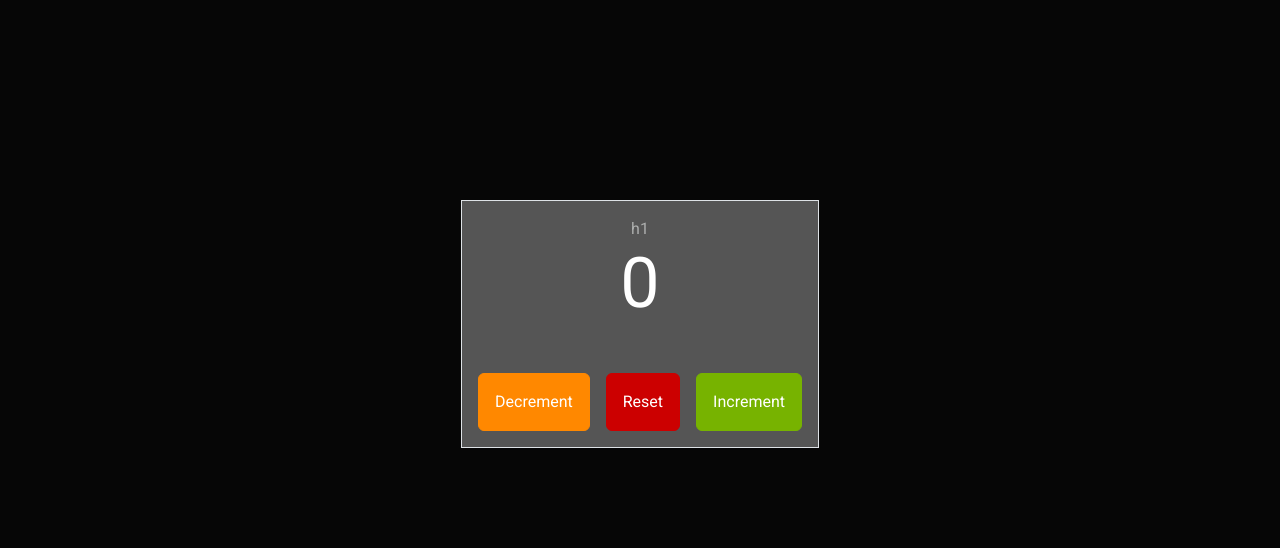
Repository: Afraz13/Emoboo
Page: /
An editor plug-in stored every save of this project. The page is shown before and after a run of saves, followed by the edit.
The browser window is 1280 px wide. The pictures show the whole page.
The project was rebuilt for these pictures with package versions that can differ from the ones it lists, and the page was loaded fresh each time.

Above is the page before, as saved 2024-08-15 16:05:33.

### src/index.js
import React from 'react';
import ReactDOM from 'react-dom/client';
import './index.css';
import App from './App';
import '../src/bootstrap.min (5).css'
import { Provider } from 'react-redux';
import { store } from './Redux/store';


const root = ReactDOM.createRoot(document.getElementById('root'));
root.render(
  <React.StrictMode>
    <Provider store={store}> <App /></Provider>
  </React.StrictMode>
);

### src/App.js

import './App.css';
import Counter from './compontent/Counter'

function App() {
  return (
    <div className="App">

      <Counter/>
    </div>
  );
}

export default App;

### src/Redux/store.js
import { configureStore } from "@reduxjs/toolkit";
import counterSlice from "./counterSlice";


export const store = configureStore({

    reducer:{

        counter:counterSlice
    }
})

### src/compontent/Counter.jsx
import React from 'react'
import { useDispatch, useSelector } from 'react-redux'
import { decrement, increment, reset } from '../Redux/counterSlice'

function Counter() {

    const dispatch = useDispatch()

    const count = useSelector((state)=>state.counter.value)
  return (
    <div style={{marginTop:'200px'}} className='d-flex justify-content-center align-items-center w-100  flex-column   '>
        <div className='border p-3 bg-secondary '>
            h1
        <h1 style={{fontSize:'70px'}}>{count}</h1>
        <div className='mt-5'>
            <button onClick={()=>dispatch(decrement())} className='btn btn-warning p-3'>Decrement</button>
            <button onClick={()=>dispatch(reset())} className='btn btn-danger p-3 ms-3'>Reset</button>
            <button onClick={()=>dispatch(increment())} className='btn btn-success p-3 ms-3'>Increment</button>

        </div>
        </div>

    </div>
  )
}

export default Counter

### src/Redux/counterSlice.js
import { createSlice } from "@reduxjs/toolkit";



 export const counterSlice = createSlice({
    name:'counterApp',
    initialState:{
        value:0
    },
    // actions are create inside the reducers key as object

    reducers:{
        increment:(state)=>{

            state.value +=1
        },
        decrement:(state)=>{
            state.value -=1
        },
        reset:(state)=>{
            state.value =0
        }
    }
 })
 export const {increment,decrement,reset} = counterSlice.actions

 export default counterSlice.reducer

Loaded but not shown: public/index.html (common file); src/index.css (common file); src/bootstrap.min (5).css (library); src/App.css (common file)

After the next 2 saves:
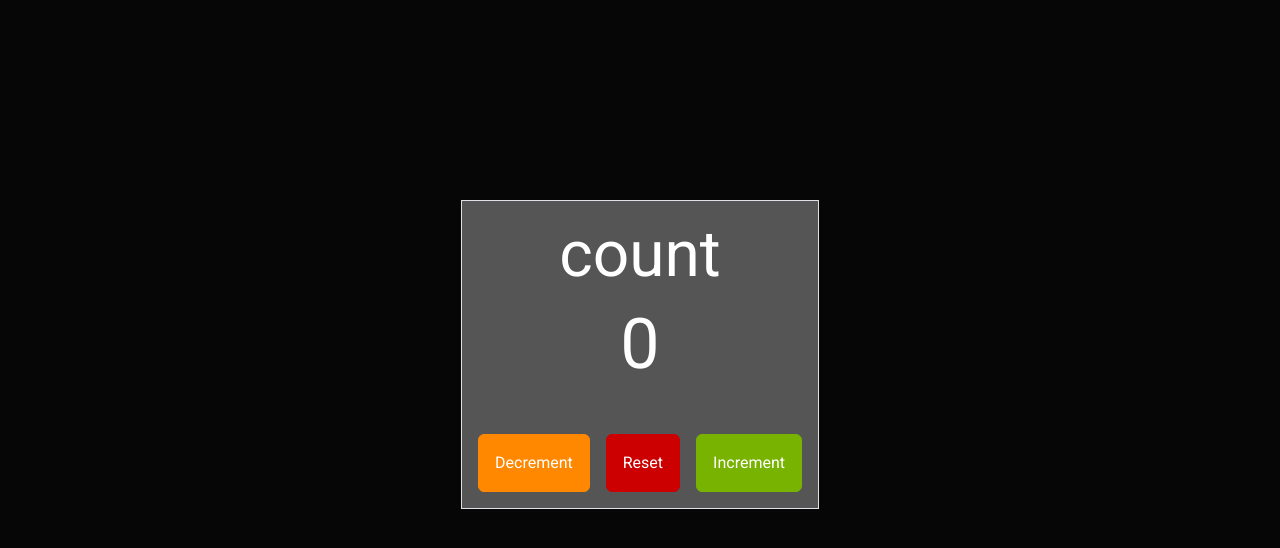
The 2 saves are shown as one change because they came seconds apart.
The last was saved 8 s later.
--- a/src/compontent/Counter.jsx
+++ b/src/compontent/Counter.jsx
@@ -10,7 +10,7 @@ function Counter() {
   return (
     <div style={{marginTop:'200px'}} className='d-flex justify-content-center align-items-center w-100  flex-column   '>
         <div className='border p-3 bg-secondary '>
-            h1
+            <h1>count</h1>
         <h1 style={{fontSize:'70px'}}>{count}</h1>
         <div className='mt-5'>
             <button onClick={()=>dispatch(decrement())} className='btn btn-warning p-3'>Decrement</button>
